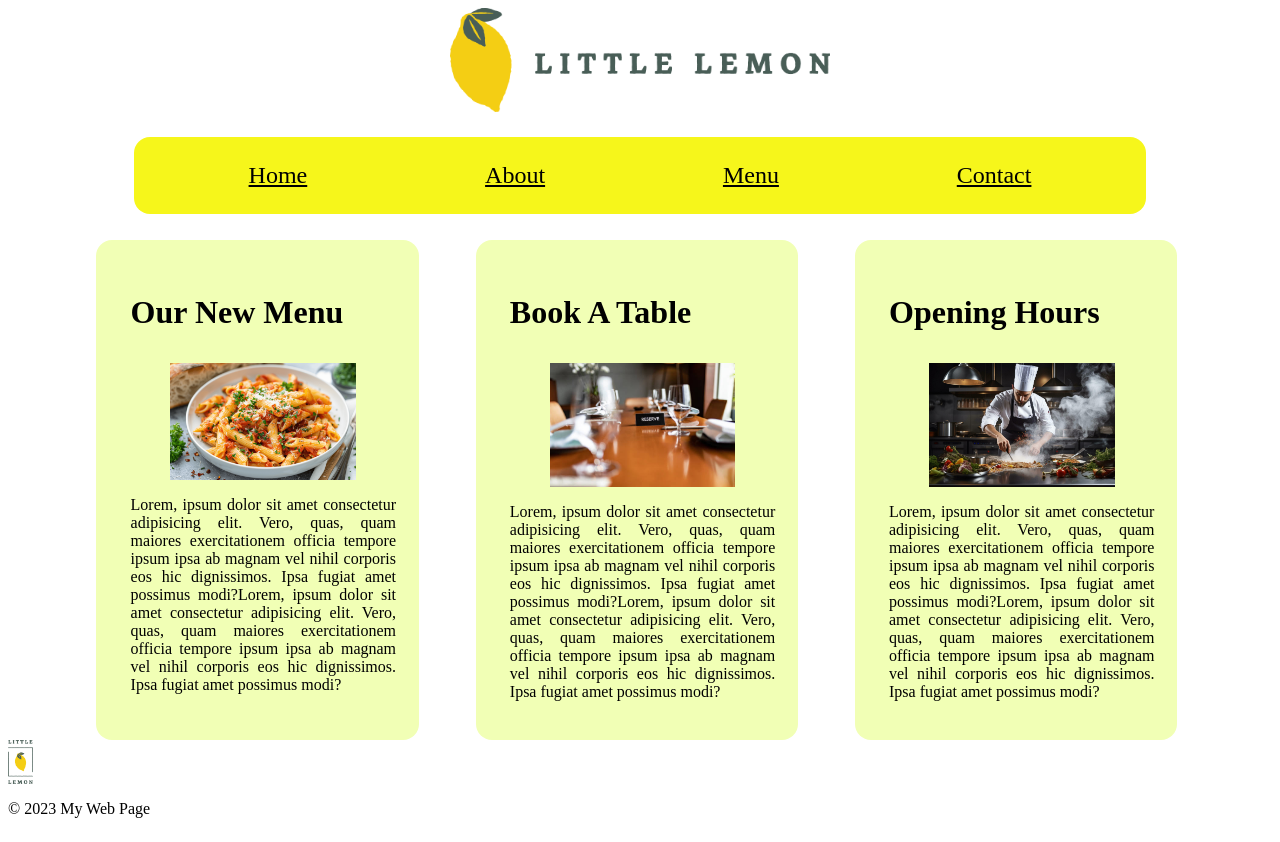
Repository: Yeshwanth-189/meta-html-css
Page: index.html
The author's editor kept a copy of each file at every save. The page is drawn from the files as they stood at one save, then again after the next save.
The browser window is 1280 px wide. The pictures show the whole page.

Above is the page before, as saved 2025-04-21 16:06:04.

After the next save:
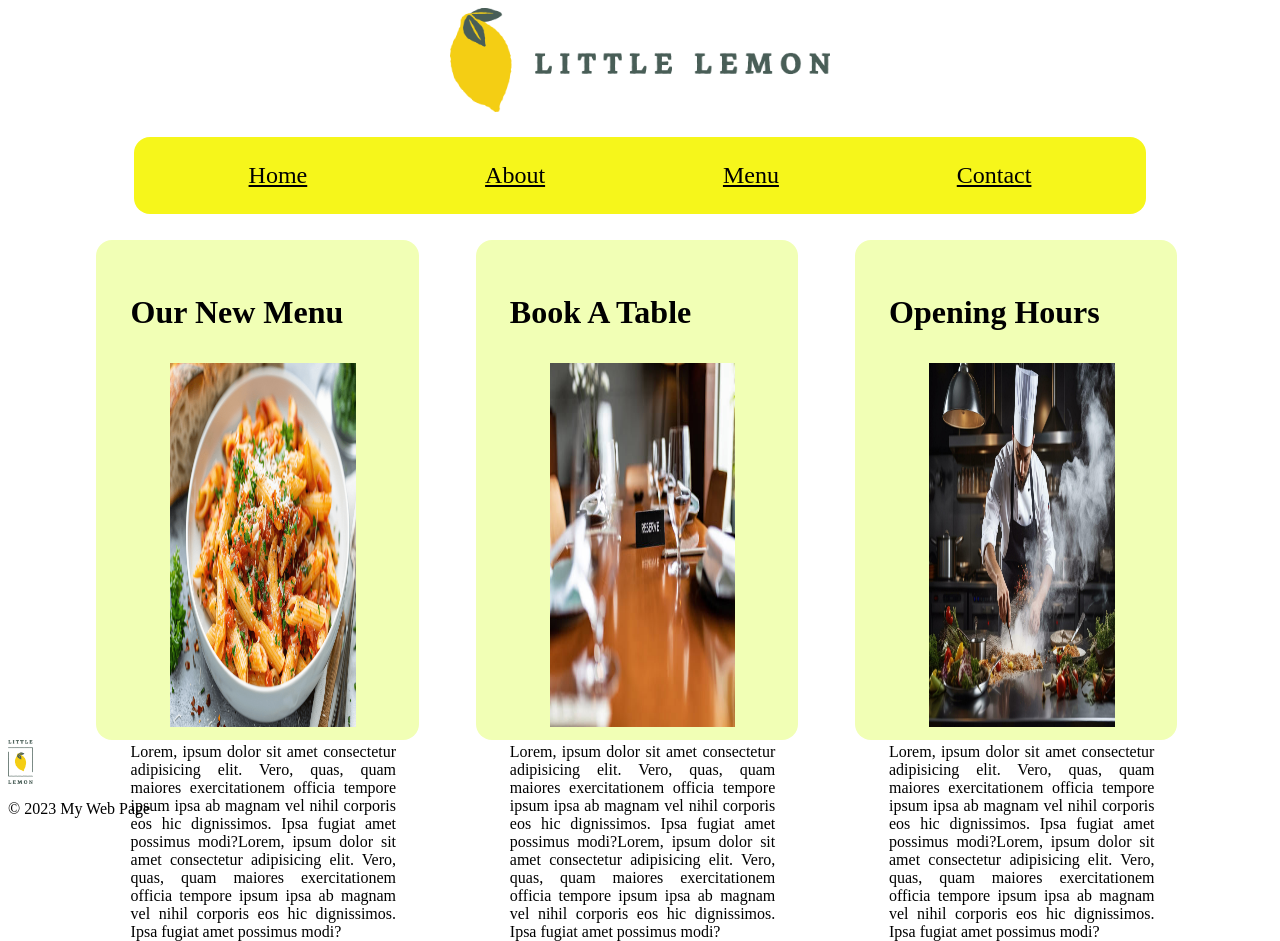
Saved 24 s later.
--- a/styles.css
+++ b/styles.css
@@ -52,7 +52,7 @@
   margin-left: auto;
   margin-right: auto;
   width: 70%;
-  height: auto;
+  height: 80%;
 }
 footer div {
   display: flex;

After the save that followed:
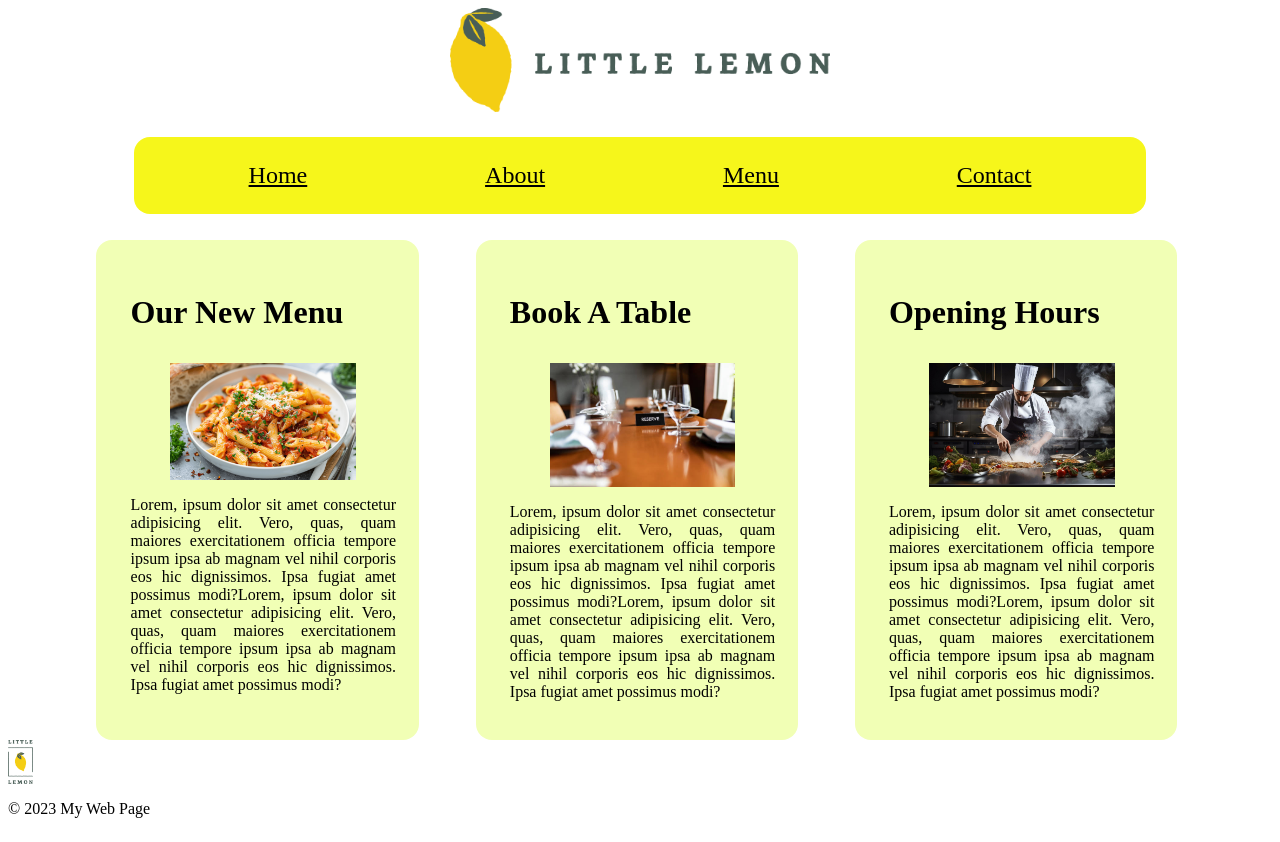
Saved 6 s later.
--- a/styles.css
+++ b/styles.css
@@ -52,7 +52,7 @@
   margin-left: auto;
   margin-right: auto;
   width: 70%;
-  height: 80%;
+  height: auto;
 }
 footer div {
   display: flex;
